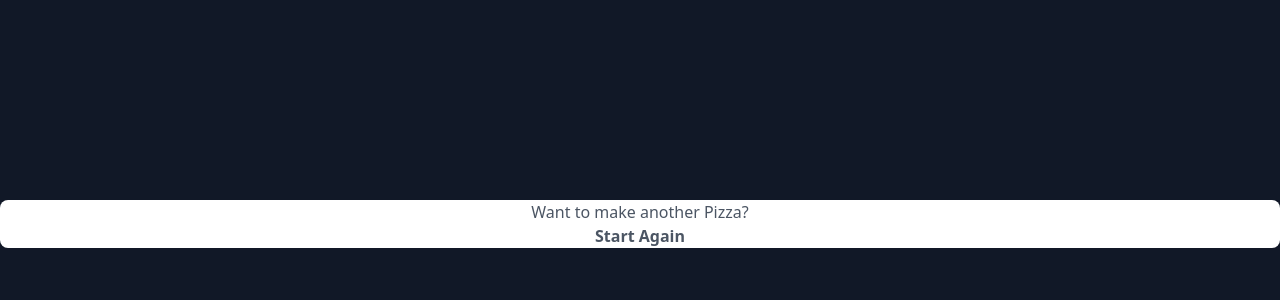
Repository: Marlstergo/listings
Page: / (app in client/)
The author's editor kept a copy of each file at every save. The page is drawn from the files as they stood at one save, then again after the next save.
The browser window is 1280 px wide. The pictures show the whole page.
The project was rebuilt for these pictures with package versions that can differ from the ones it lists, and the page was loaded fresh each time. Also part of the build but not shown: client/craco.config.js, client/src/components/Loader.js, client/src/components/Order.js. Imported but missing from the stored project, and not drawn on this page: client/src/components/Base, client/src/components/Toppings.

Above is the page before, as saved 2021-07-20 21:43:10.

After the next save:
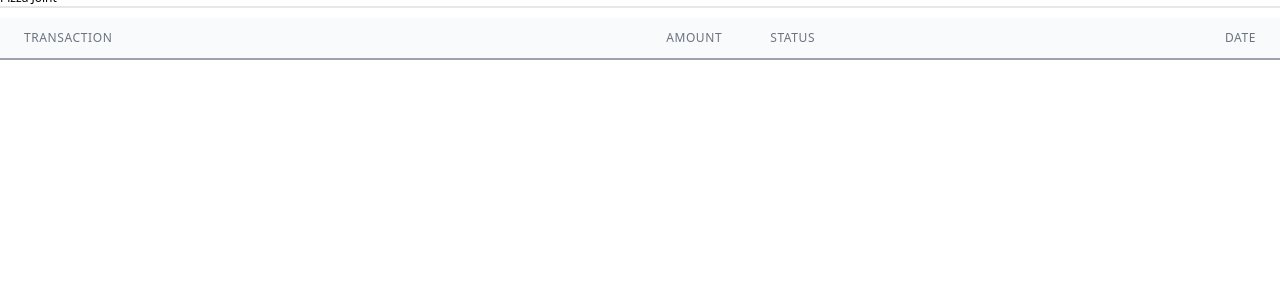
Saved 23 s later.
--- a/client/src/App.js
+++ b/client/src/App.js
@@ -15,7 +15,7 @@ function App() {
   return (
     <>
       <Header />
-      <Modal showModal={showModal} />
+      {/* <Modal showModal={showModal} /> */}
       <AnimatePresence exitBeforeEnter>
         <Switch location={location} key={location.key}>
           <Route path="/">
